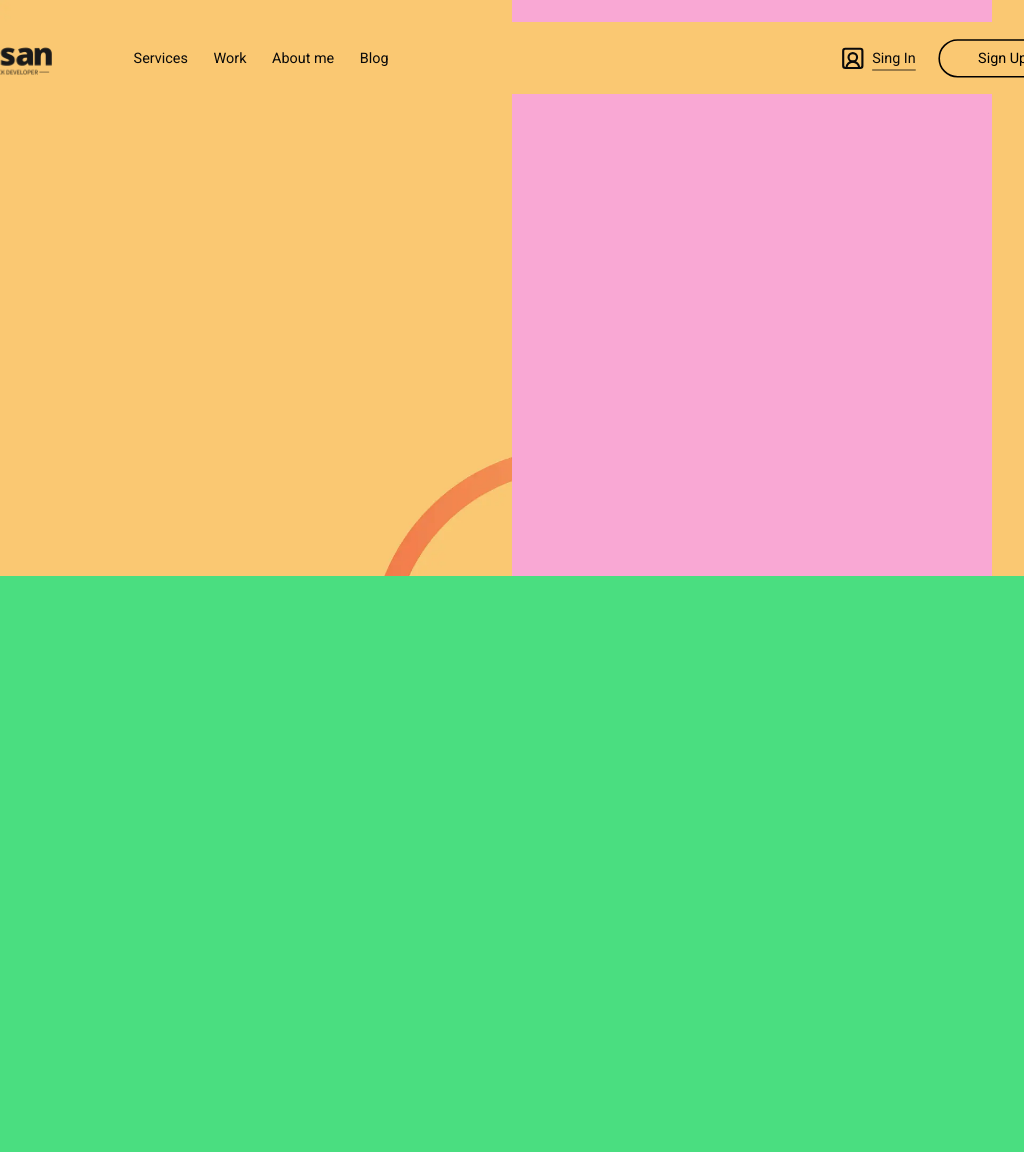
Repository: FrontendProjectsNL/mijn-portfolio-project
Page: /
The author's editor kept a copy of each file at every save. The page is drawn from the files as they stood at one save, then again after the next save.
The browser window is 1280 px wide. The pictures show the whole page, at 80% of full size.
The project was rebuilt for these pictures with package versions that can differ from the ones it lists, and the page was loaded fresh each time. The framework's server and built-in components were replaced by stand-ins that run in the browser. Also part of the build but not shown: next.config.mjs.

Above is the page before, as saved 2024-10-27 12:58:37.

### app/layout.tsx
import type { Metadata } from 'next';
import localFont from 'next/font/local';

import { Roboto, Fira_Code, HelveticaNowDisplay } from 'next/font/google';

import './globals.css';
import Header from './components/Header';
import Container from './components/Container';

// const geistSans = localFont({
//   src: './fonts/GeistVF.woff',
//   variable: '--font-geist-sans',
//   weight: '100 900',
// });
// const geistMono = localFont({
//   src: './fonts/GeistMonoVF.woff',
//   variable: '--font-geist-mono',
//   weight: '100 900',
// });

const roboto = Roboto({
  subsets: ['latin'],
  weight: ['300', '400', '500', '700'],
  variable: '--font-roboto',
});

const firaCode = Fira_Code({
  subsets: ['latin'],
  weight: ['300', '400', '500', '700'],
  variable: '--font-fira-code',
});

export const metadata: Metadata = {
  title: 'Create Next App',
  description: 'Generated by create next app',
};

export default function RootLayout({
  children,
}: Readonly<{
  children: React.ReactNode;
}>) {
  return (
    <html lang="en">
      <body className={`${roboto.variable} ${firaCode.variable}  antialiased `}>
        <Container>
          <Header />
          {children}
        </Container>
      </body>
    </html>
  );
}

### app/page.tsx
import Image from 'next/image';
import Hero from './components/Hero';

export default function Home() {
  return (
    <div>
      <Hero />
      <section className="w-full h-screen bg-green-400"></section>
    </div>
  );
}

### app/globals.css
@tailwind base;
@tailwind components;
@tailwind utilities;

body {
  font-family: Arial, Helvetica, sans-serif;
}

@layer utilities {
  .text-balance {
    text-wrap: balance;
  }
}

@layer base {
  :root {
    --background: 0 0% 100%;
    --foreground: 0 0% 3.9%;
    --card: 0 0% 100%;
    --card-foreground: 0 0% 3.9%;
    --popover: 0 0% 100%;
    --popover-foreground: 0 0% 3.9%;
    --primary: 0 0% 9%;
    --primary-foreground: 0 0% 98%;
    --secondary: 0 0% 96.1%;
    --secondary-foreground: 0 0% 9%;
    --muted: 0 0% 96.1%;
    --muted-foreground: 0 0% 45.1%;
    --accent: 0 0% 96.1%;
    --accent-foreground: 0 0% 9%;
    --destructive: 0 84.2% 60.2%;
    --destructive-foreground: 0 0% 98%;
    --border: 0 0% 89.8%;
    --input: 0 0% 89.8%;
    --ring: 0 0% 3.9%;
    --chart-1: 12 76% 61%;
    --chart-2: 173 58% 39%;
    --chart-3: 197 37% 24%;
    --chart-4: 43 74% 66%;
    --chart-5: 27 87% 67%;
    --radius: 0.5rem;
  }
  .dark {
    --background: 0 0% 3.9%;
    --foreground: 0 0% 98%;
    --card: 0 0% 3.9%;
    --card-foreground: 0 0% 98%;
    --popover: 0 0% 3.9%;
    --popover-foreground: 0 0% 98%;
    --primary: 0 0% 98%;
    --primary-foreground: 0 0% 9%;
    --secondary: 0 0% 14.9%;
    --secondary-foreground: 0 0% 98%;
    --muted: 0 0% 14.9%;
    --muted-foreground: 0 0% 63.9%;
    --accent: 0 0% 14.9%;
    --accent-foreground: 0 0% 98%;
    --destructive: 0 62.8% 30.6%;
    --destructive-foreground: 0 0% 98%;
    --border: 0 0% 14.9%;
    --input: 0 0% 14.9%;
    --ring: 0 0% 83.1%;
    --chart-1: 220 70% 50%;
    --chart-2: 160 60% 45%;
    --chart-3: 30 80% 55%;
    --chart-4: 280 65% 60%;
    --chart-5: 340 75% 55%;
  }
}

@layer base {
  * {
    @apply border-border;
  }
  body {
    @apply bg-background text-foreground;
  }
}

@keyframes fill-up {
  0% {
    background-position: 0 100%;
  }
  100% {
    background-position: 0 0;
  }
}

### app/components/Header.tsx
'use client';

import Image from 'next/image';
import Link from 'next/link';
import { useEffect, useState } from 'react';
import logo from '/public/EhsanLogo-transparent.png';
import { CircleUser, SquareUserRound, User } from 'lucide-react';

const Header = () => {
  const [isShrunk, setIsShrunk] = useState<boolean>(false);

  useEffect(() => {
    const handleScroll = () => {
      if (window.scrollY > 70) {
        setIsShrunk(true);
      } else {
        setIsShrunk(false);
      }
    };

    window.addEventListener('scroll', handleScroll);

    return () => {
      window.removeEventListener('scroll', handleScroll);
    };
  }, []);

  return (
    <nav
      className={`px-14 fixed transition-all duration-300 ease-linear bg-[#FAC872] flex justify-between items-center ${
        isShrunk
          ? 'h-[75px] w-[70%] rounded-3xl mx-auto top-5'
          : 'h-[90px] w-[1500px] opacity-100 top-7'
      }`}
      style={{
        left: '50%',
        transform: 'translateX(-50%)', // Center horizontally
      }}
    >
      <div className="flex items-center ">
        <Link href={'/'} className="font-medium text-lg mr-20">
          <Image src={logo} width={125} height={50} />
        </Link>
        <ul className="flex">
          <li>
            <Link href="" className="px-4 py-2 cursor text-lg  font-roboto">
              Services
            </Link>
          </li>
          <li>
            <Link href="" className="px-4 py-2 cursor text-lg  font-roboto">
              Work
            </Link>
          </li>
          <li>
            <Link href="" className="px-4 py-2 cursor text-lg font-roboto">
              About me
            </Link>
          </li>
          <li>
            <Link href="" className="px-4 py-2 cursor text-lg font-roboto">
              Blog
            </Link>
          </li>
        </ul>
      </div>
      <div className="flex items-center gap-3">
        <Link
          href={'/'}
          className="flex items-center gap-2 text-lg  font-roboto mr-4 underline underline-offset-8"
        >
          <SquareUserRound className="w-8 h-8 transition-transform duration-300 ease-in-out hover:scale-125 font-normal" />
          {/* <CircleUser className="w-8 h-8 transition-transform duration-300 ease-in-out hover:scale-125" /> */}

          {/* <User className="w-8 h-8 transition-transform duration-300 ease-in-out hover:scale-125" /> */}
          <span className="relative transform duration-700 group-hover:-translate-x-3">
            Sing In
          </span>
        </Link>

        <button className="font-roboto group relative inline-flex items-center overflow-hidden rounded-full border-2 border-black px-12 py-2 text-lg text-black hover:bg-gray-50 hover:text-white">
          <span className="duration-400 ease absolute left-0 top-1/2 block h-0 w-full bg-[#f27d4b] opacity-100 transition-all group-hover:top-0 group-hover:h-full"></span>
          <span className="ease absolute right-0 flex h-10 w-10 translate-x-full transform items-center justify-start duration-500 group-hover:-translate-x-2">
            <svg
              className="h-5 w-5"
              fill="none"
              stroke="currentColor"
              viewBox="0 0 24 24"
              xmlns="http://www.w3.org/2000/svg"
            >
              <path
                stroke-linecap="round"
                stroke-linejoin="round"
                stroke-width="2"
                d="M14 5l7 7m0 0l-7 7m7-7H3"
              ></path>
            </svg>
          </span>
          <span className="relative transform duration-700 group-hover:-translate-x-3">
            Sign Up
          </span>
        </button>
      </div>
    </nav>
  );
};

export default Header;

### app/components/Container.tsx
interface ContainerProps {
  children: React.ReactNode;
}

const Container: React.FC<ContainerProps> = ({ children }) => {
  return <div className="relative max-w-[1500px] mx-auto">{children}</div>;
};

export default Container;

### app/components/Hero.tsx
interface HeroProps {}

const Hero: React.FC<HeroProps> = () => {
  return (
    <div className="w-full h-screen bg-[url('/my_hero_bg.webp')] bg-cover bg-center">
      <div className="flex items-center gap-10">
        <div className="w-[50%] h-full bg-blue-300"></div>
        <div className="w-[50%] h-screen bg-pink-300"></div>
        <div></div>
      </div>
    </div>
  );
};

export default Hero;

### tailwind.config.ts
import { Roboto } from 'next/font/google';
import type { Config } from 'tailwindcss';

const config: Config = {
  darkMode: ['class'],
  content: [
    './pages/**/*.{js,ts,jsx,tsx,mdx}',
    './components/**/*.{js,ts,jsx,tsx,mdx}',
    './app/**/*.{js,ts,jsx,tsx,mdx}',
  ],

  theme: {
    extend: {
      // You can define custom animations here
      // keyframes: {
      //   slideKeyframe: {
      //     '0%': { transform: 'translateX(0)' },
      //     '100%': { transform: 'translateX(100%)' },
      //   },
      // },
      // animation: {
      //   slideAnimation: 'slideKeyframe 0.5s ease-in-out',
      // },
      fontFamily: {
        roboto: ['var(--font-roboto)', 'sans-serif'],
        firaCode: ['var(--font-fira-code)', 'monospace'],
      },
      colors: {
        background: 'hsl(var(--background))',
        foreground: 'hsl(var(--foreground))',
        card: {
          DEFAULT: 'hsl(var(--card))',
          foreground: 'hsl(var(--card-foreground))',
        },
        popover: {
          DEFAULT: 'hsl(var(--popover))',
          foreground: 'hsl(var(--popover-foreground))',
        },
        primary: {
          DEFAULT: 'hsl(var(--primary))',
          foreground: 'hsl(var(--primary-foreground))',
        },
        secondary: {
          DEFAULT: 'hsl(var(--secondary))',
          foreground: 'hsl(var(--secondary-foreground))',
        },
        muted: {
          DEFAULT: 'hsl(var(--muted))',
          foreground: 'hsl(var(--muted-foreground))',
        },
        accent: {
          DEFAULT: 'hsl(var(--accent))',
          foreground: 'hsl(var(--accent-foreground))',
        },
        destructive: {
          DEFAULT: 'hsl(var(--destructive))',
          foreground: 'hsl(var(--destructive-foreground))',
        },
        border: 'hsl(var(--border))',
        input: 'hsl(var(--input))',
        ring: 'hsl(var(--ring))',
        chart: {
          '1': 'hsl(var(--chart-1))',
          '2': 'hsl(var(--chart-2))',
          '3': 'hsl(var(--chart-3))',
          '4': 'hsl(var(--chart-4))',
          '5': 'hsl(var(--chart-5))',
        },
      },
      borderRadius: {
        lg: 'var(--radius)',
        md: 'calc(var(--radius) - 2px)',
        sm: 'calc(var(--radius) - 4px)',
      },
    },
  },
  plugins: [require('tailwindcss-animate')],
};
export default config;

After the next save:
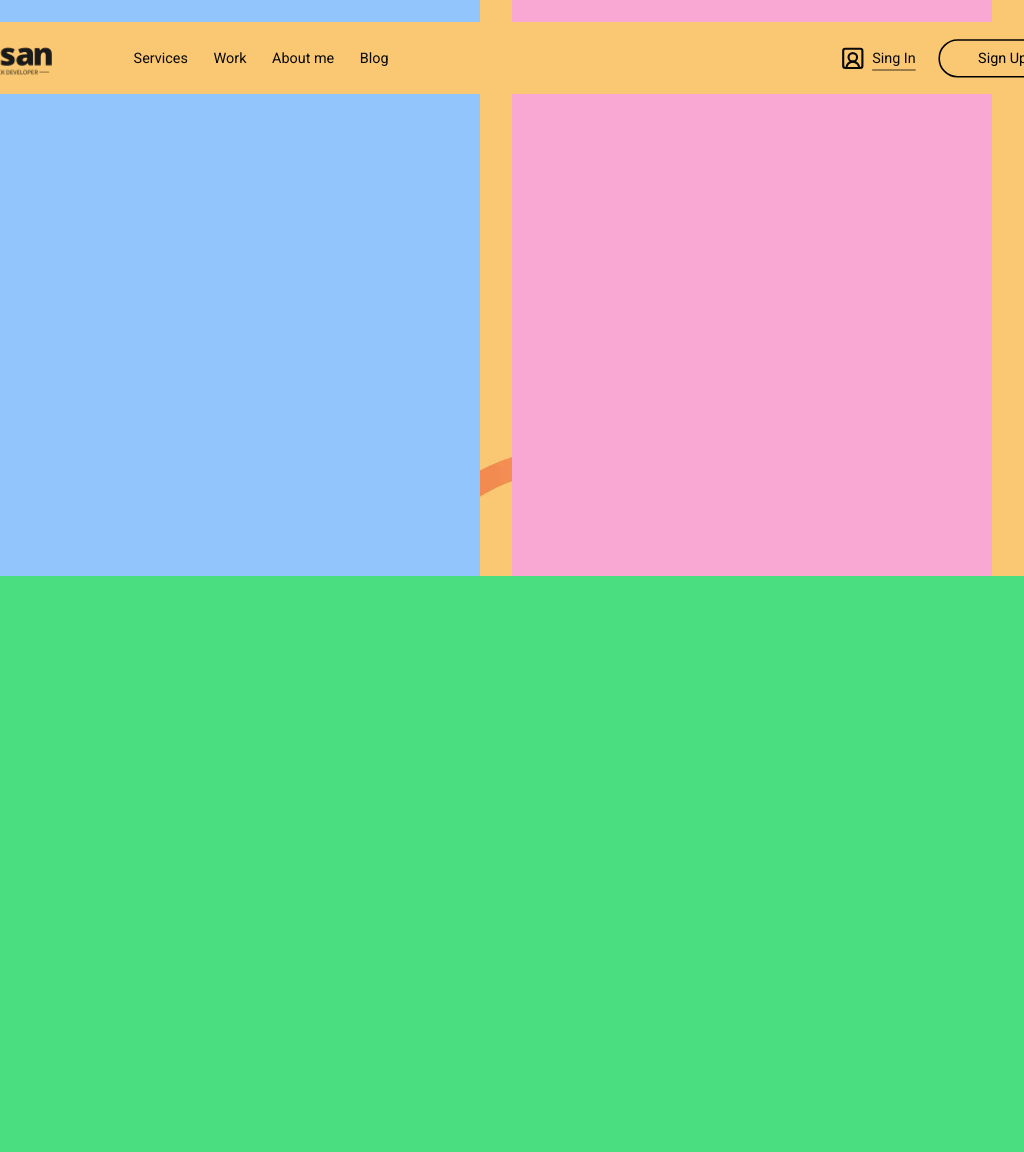
Saved 29 s later.
--- a/app/components/Hero.tsx
+++ b/app/components/Hero.tsx
@@ -4,7 +4,7 @@ const Hero: React.FC<HeroProps> = () => {
   return (
     <div className="w-full h-screen bg-[url('/my_hero_bg.webp')] bg-cover bg-center">
       <div className="flex items-center gap-10">
-        <div className="w-[50%] h-full bg-blue-300"></div>
+        <div className="w-[50%] h-screen bg-blue-300"></div>
         <div className="w-[50%] h-screen bg-pink-300"></div>
         <div></div>
       </div>
